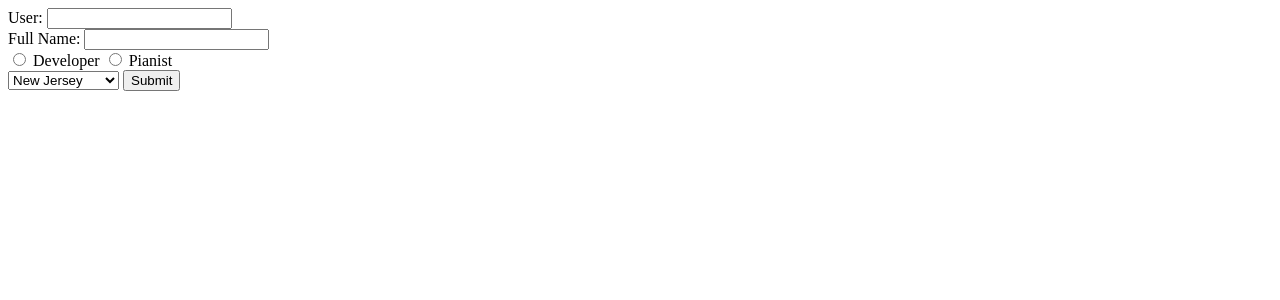
Repository: kjng/java-playground
Page: youtube/java/SimpleServletProject/WebContent/SimpleForm.html
The author's editor kept a copy of each file at every save. The page is drawn from the files as they stood at one save, then again after the next save.
The browser window is 1280 px wide. The pictures show the whole page.

Above is the page before, as saved 2017-08-04 13:50:46.

After the next save:
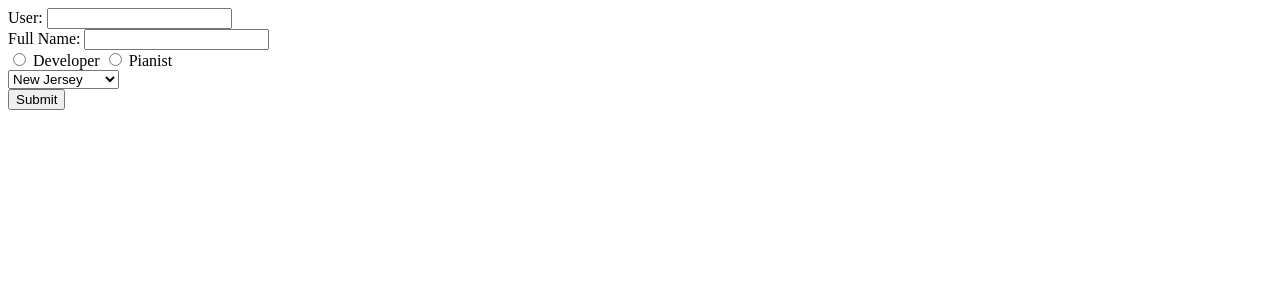
Saved 2 min 1 s later.
--- a/youtube/java/SimpleServletProject/WebContent/SimpleForm.html
+++ b/youtube/java/SimpleServletProject/WebContent/SimpleForm.html
@@ -21,6 +21,7 @@
 			<option value="Massachusetts">Massachusetts</option>
 			<option value="The Moon">The Moon</option>
 		</select>
+		<br />
 		<input type="submit" />
 	</form>
 
